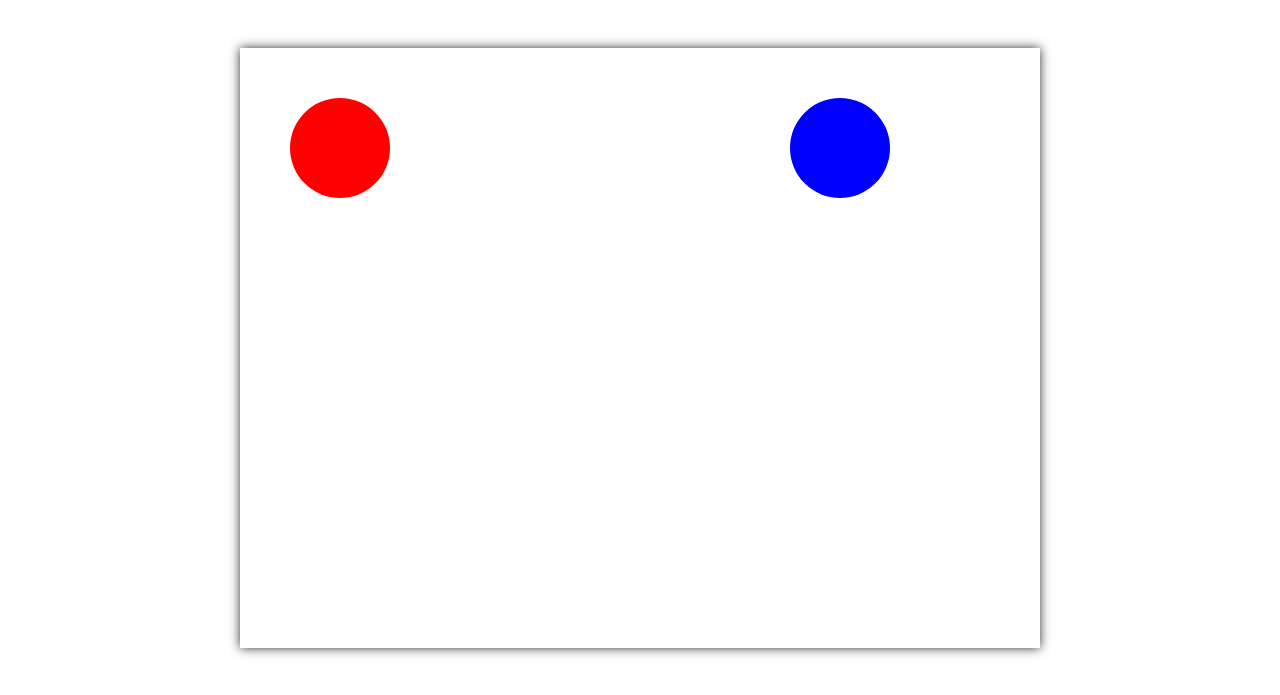
Repository: fangYiYuan/javascript-
Page: canvas/10.圆形碰撞.html
These files come from the project's save history. The page is drawn as it stood at one moment and after the next save; the edit follows.
The browser window is 1280 px wide. The pictures show the whole page.

Above is the page before, as saved 2020-04-15 10:47:29.

### canvas/10.圆形碰撞.html
<!DOCTYPE html>
<html lang="en">
<head>
  <meta charset="UTF-8">
  <meta name="viewport" content="width=device-width, initial-scale=1.0">
  <meta http-equiv="X-UA-Compatible" content="ie=edge">
  <title>Document</title>
</head>
<style>
  body{
    text-align: center;
    padding-top: 40px;
  }
  canvas {
    margin: 0 auto;
    box-shadow: 0 0 10px rgb(48, 47, 47);
  }
</style>
<body>
  <canvas id="draw" width="800" height="600"></canvas>
</body>
<script>
  let draw = document.getElementById('draw')
  let con = draw.getContext('2d')

  function Ball (x, y, r, speed, color) {
    this.x = x
    this.y = y
    this.r = r
    this.speed = speed
    this.color = color
  }
  Ball.prototype.draw = function () {
    con.beginPath()
    con.fillStyle = this.color
    con.arc(this.x, this.y, this.r, 0, Math.PI * 2)
    con.fill()
  }
  Ball.prototype.move = function () {
    this.x += this.speed
    if (this.x > draw.width - this.r) {
      this.speed *= -1
    } else if (this.x < 0) {
      this.speed *= -1
    }
  }
  let balla = new Ball(100, 100, 50, 2, 'red')
  let ballb = new Ball(600, 100, 50, 2, 'blue')
  function moveTo () {
    con.clearRect(0, 0, draw.width, draw.height)
    balla.draw()
    ballb.draw()
    balla.move()
    ballb.move()
    if (hit()) {
      balla.speed *= -1
      ballb.speed *= -1
    }
  }
  function hit () {
    if (balla.x + balla.r *2 > ballb.x) {
      return true
    } else {
      return false
    }
  }
  moveTo ()

</script>
</html>

After the next save:
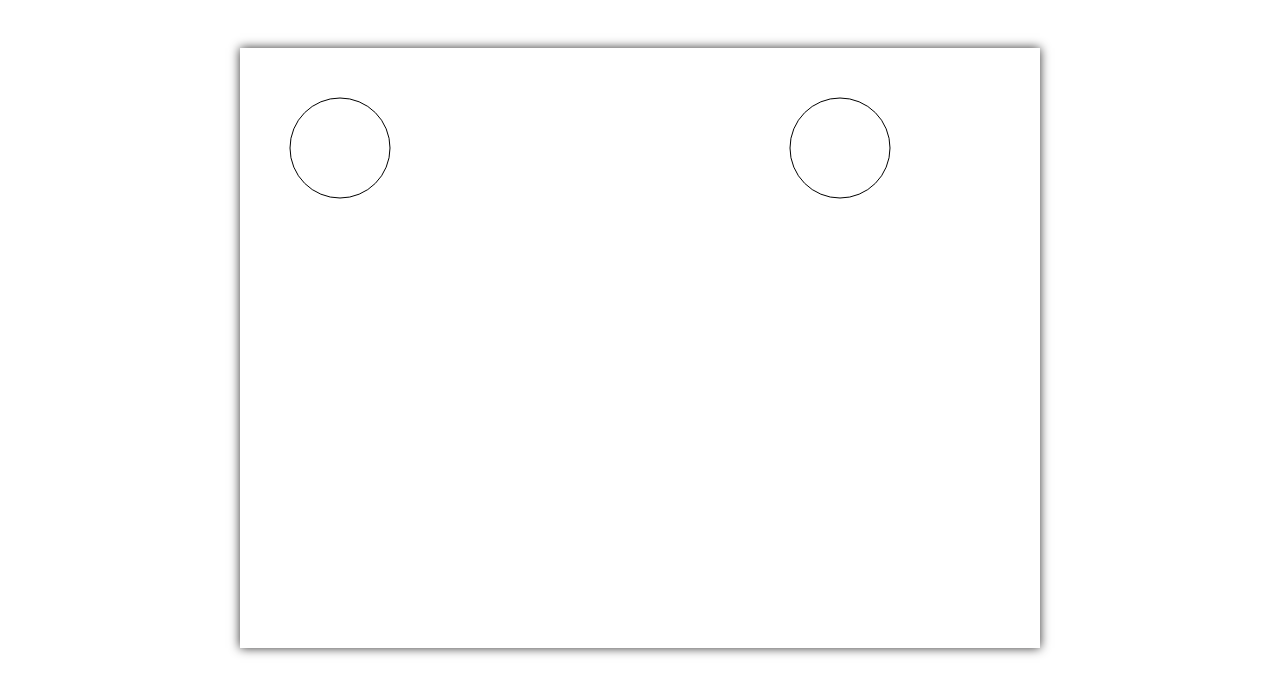
Saved 10 s later.
--- a/canvas/10.圆形碰撞.html
+++ b/canvas/10.圆形碰撞.html
@@ -34,7 +34,7 @@
     con.beginPath()
     con.fillStyle = this.color
     con.arc(this.x, this.y, this.r, 0, Math.PI * 2)
-    con.fill()
+    con.stroke()
   }
   Ball.prototype.move = function () {
     this.x += this.speed
